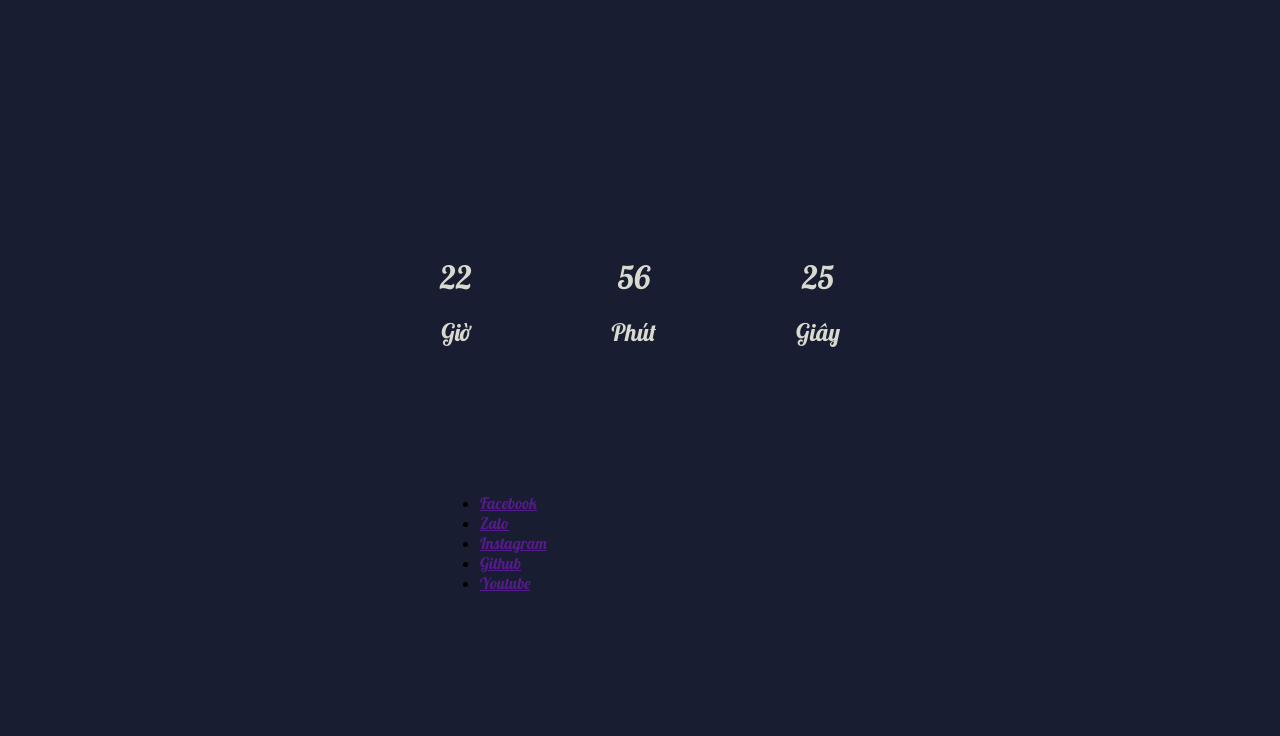
Repository: Dangtrinh28/myWatch
Page: index.html
These files come from the project's save history. The page is drawn as it stood at one moment and after a run of saves; the edit follows.
The browser window is 1280 px wide. The pictures show the whole page.

Above is the page before, as saved 2022-12-06 23:48:01.

### index.html
<!DOCTYPE html>
<html lang="en">

<head>
    <meta charset="UTF-8">
    <meta http-equiv="X-UA-Compatible" content="IE=edge">
    <meta name="viewport" content="width=device-width, initial-scale=1.0">
    <title>MY WATCH</title>
    <link rel="stylesheet" href="./styles/main.css">
</head>

<body>

    <div class="container">
        <div class="watch__box">
            <div class="watch_list">

                <div class="watch_box-item">
                    <div id="hours" class="watch-item">0</div>
                    <span>Giờ</span>
                </div>

                <div class="watch_box-item">
                    <div id="minius" class="watch-item">0</div>
                    <span>Phút</span>
                </div>

                <div class="watch_box-item">
                    <div id="second" class="watch-item">0</div>
                    <span>Giây</span>
                </div>

            </div>
        </div>

        <ul class="contact">
            <li class="contact__item">
                <a class="contact__link" href="">Facebook</a>
            </li>
            <li class="contact__item">
                <a class="contact__link" href="">Zalo</a>
            </li>
            <li class="contact__item">
                <a class="contact__link" href="">Instagram</a>
            </li>
            <li class="contact__item">
                <a class="contact__link" href="">Github</a>
            </li>
            <li class="contact__item">
                <a class="contact__link" href="">Youtube</a>
            </li>
        </ul>
    </div>

    <script src="./js/app.js"></script>
</body>

</html>

### styles/main.css
@import url('https://fonts.googleapis.com/css2?family=Lobster&display=swap');

body {
    height: 100vh;
    font-family: 'Lobster', cursive;
    background-color: #181D31;
    display: flex;
    justify-content: center;
    align-items: center;
}

.container {

}

.watch__box {

}

.watch_list {
    width: 400px;
    height: 350px;
    text-align: center;
    display: flex;
    justify-content: space-between;
    align-items: center;
    color: #D8D9CF;
    font-size: 24px;
}

.watch_box-item {

}

.watch-item {
    margin-bottom: 20px;
    font-size: 32px;
}

.house {

}

.minius {

}

.second {

}


display: flex;
    justify-content: space-between;
    list-style: none;

### js/app.js
function myTime() {
  let now = new Date();
  let h = now.getHours();
  let m = now.getMinutes();
  let s = now.getSeconds();

  document.getElementById("hours").innerHTML = h;
  document.getElementById("minius").innerHTML = m;
  document.getElementById("second").innerHTML = s;

  setTimeout("myTime()",1000);
}

myTime()

After the next 3 saves:
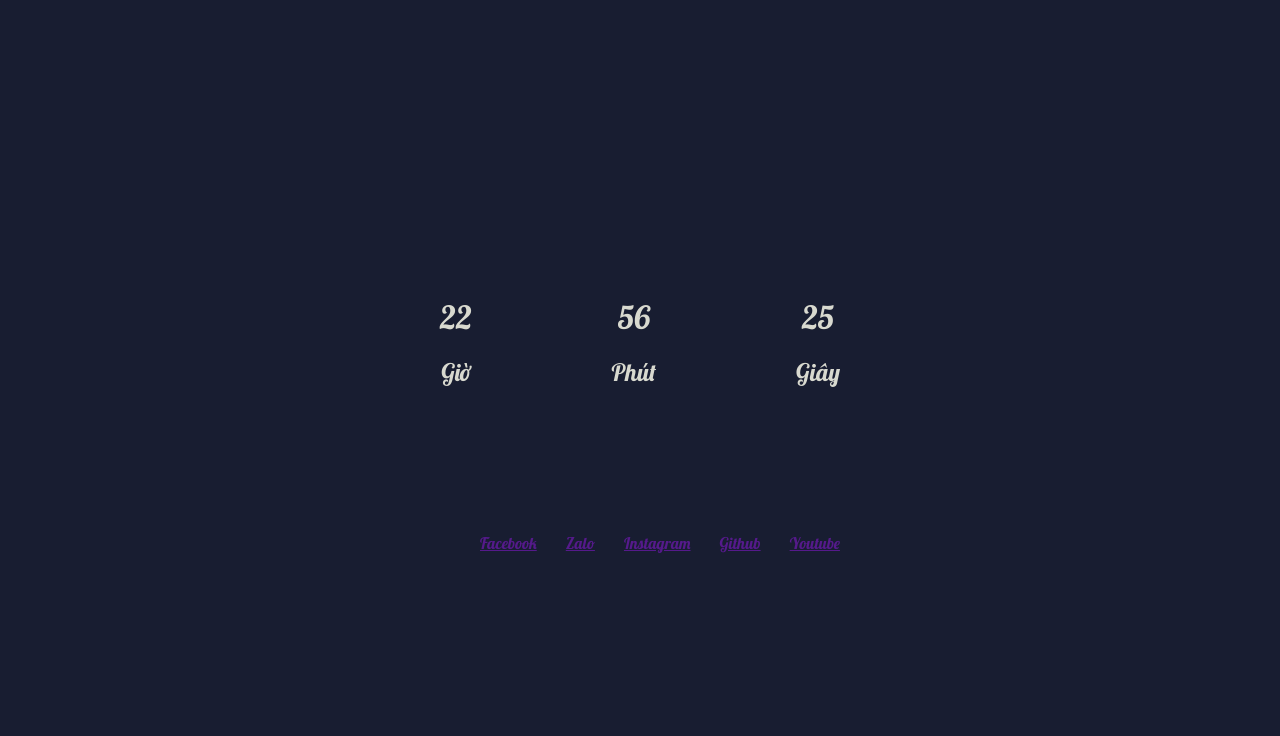
The 3 saves are shown as one change because they came seconds apart.
The last was saved 15 s later.
--- a/styles/main.css
+++ b/styles/main.css
@@ -49,7 +49,8 @@ body {
 
 }
 
-
-display: flex;
+.contact {
+    display: flex;
     justify-content: space-between;
     list-style: none;
+}
